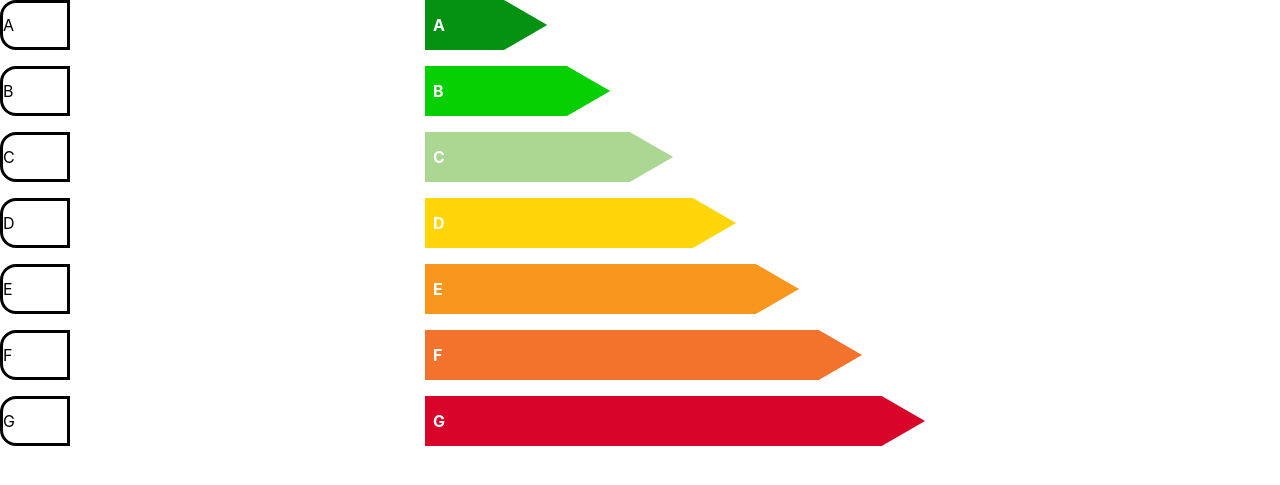
Repository: abdouAppcraft/Predict-DPE
Page: /result
The author's editor kept a copy of each file at every save. The page is drawn from the files as they stood at one save, then again after the next save.
The browser window is 1280 px wide. The pictures show the whole page.
The project was rebuilt for these pictures with package versions that can differ from the ones it lists, and the page was loaded fresh each time. Also part of the build but not shown: src/hooks/useDpeOptions.tsx, src/strings/string.ts, src/utils/computeData.ts, src/screens/PredictForm/PredictForm.css, src/screens/PredictForm/PredictForm.tsx.

Above is the page before, as saved 2024-06-12 10:19:33.

After the next save:
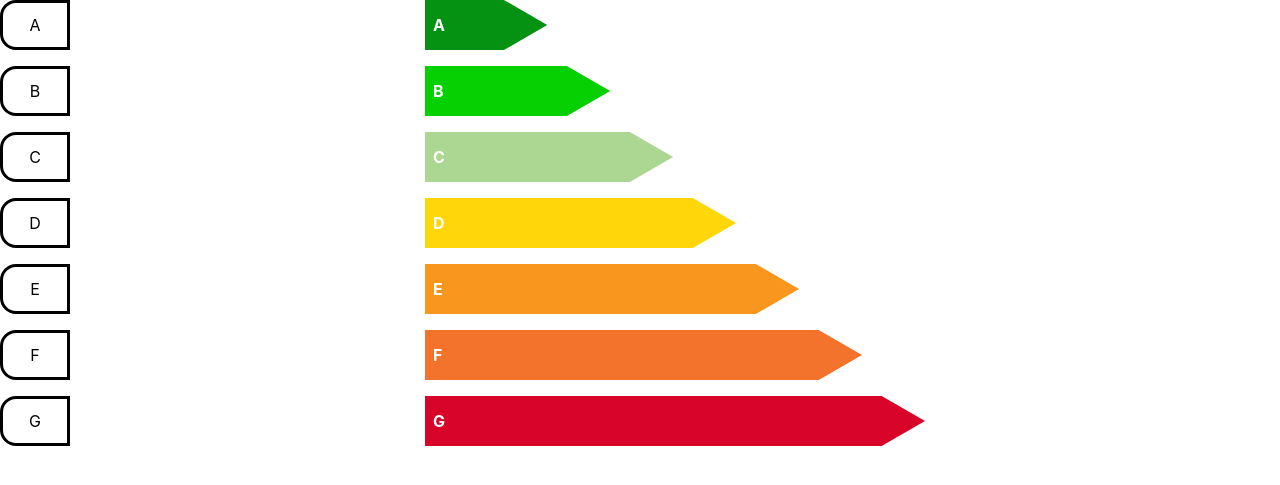
Saved 7 s later.
--- a/src/screens/Result/Result.tsx
+++ b/src/screens/Result/Result.tsx
@@ -35,6 +35,7 @@ const Result: React.FC<Props> = (props) => {
                 borderTopLeftRadius: "1rem",
                 borderBottomLeftRadius: "1rem",
                 alignContent: "center",
+                textAlign: "center",
               }}
             >
               {l.label}
